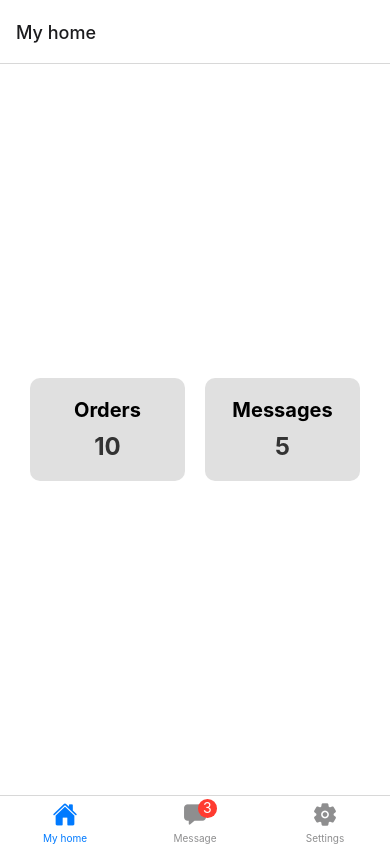
Repository: Waikato153/AwesomeProject
Screen: /
These files come from the project's save history. The screen is drawn as it stood at one moment and after the next save; the edit follows.
The app was drawn by React Native's web renderer in a window 390 px wide. The project was rebuilt for these pictures with package versions that can differ from the ones it lists, and the page was loaded fresh each time.

Above is the screen before, as saved 2024-02-28 16:45:00.

After the next save:
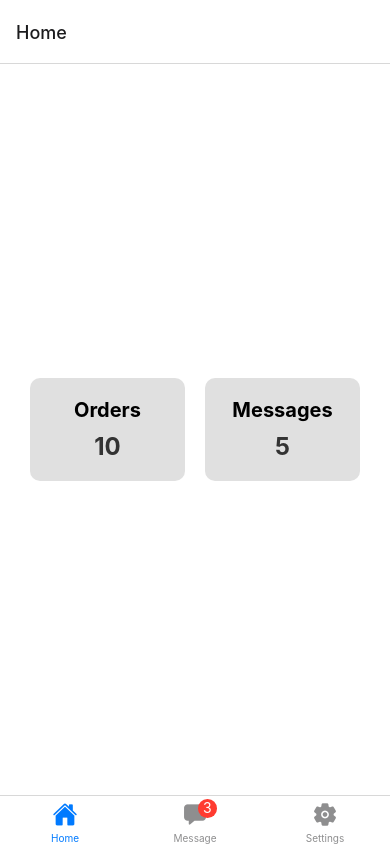
Saved 5 s later.
--- a/App.js
+++ b/App.js
@@ -36,7 +36,8 @@ const Tab = createBottomTabNavigator();
 function MyTabs() {
   return (
 
-    <Tab.Navigator>
+    <Tab.Navigator
+>
 
 
       <Tab.Screen
@@ -46,7 +47,7 @@ function MyTabs() {
           tabBarIcon: ({ color, size }) => (
             <Ionicons name="home" color={color} size={size} />
           ),
-          title: 'My home'
+
         }}
       />
       <Tab.Screen
